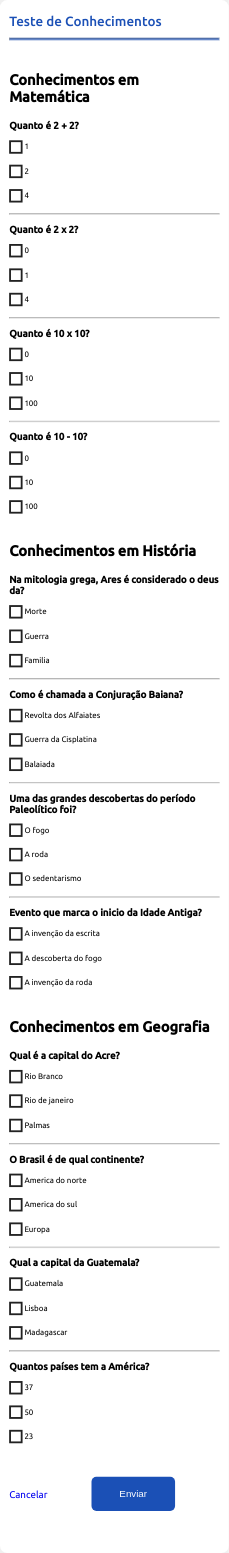
Repository: Delei09/desafioPerguntas
Page: / (app in frontend/)
These files come from the project's save history. The page is drawn as it stood at one moment and after the next save; the edit follows.
The browser window is 375 px wide. The pictures show the whole page, at 61% of full size.
The project was rebuilt for these pictures with package versions that can differ from the ones it lists, and the page was loaded fresh each time. A package was used in the major version that the imports need, not the one package.json lists. Also part of the build but not shown: frontend/src/styles/resultado.scss, frontend/src/page/Resultado.tsx, frontend/src/styles/gabarito.scss, frontend/src/page/Gabarito.tsx.

Above is the page before, as saved 2021-08-19 16:06:57.

### frontend/public/index.html
<!DOCTYPE html>
<html lang="Pt-Br">
  <head>
    <meta charset="utf-8" />
    <meta name="viewport" content="width=device-width, initial-scale=1" />
    <meta name="theme-color" content="#000000" />
    <link rel="preconnect" href="https://fonts.googleapis.com">
    <link rel="preconnect" href="https://fonts.gstatic.com" crossorigin>
    <link href="https://fonts.googleapis.com/css2?family=Ubuntu:wght@400;500&display=swap" rel="stylesheet">

    <title>Desafio Inatel</title>
  </head>
  <body>
    <noscript>You need to enable JavaScript to run this app.</noscript>
    <div id="root"></div>
  </body>
</html>

### frontend/src/index.tsx
import React from 'react';
import ReactDOM from 'react-dom';
import App from './App';
import './styles/global.scss'

ReactDOM.render(
  <React.StrictMode>
    <App />
  </React.StrictMode>,
  document.getElementById('root')
);

### frontend/src/App.tsx
import Rotas from './Rotas';
import ContextPerguntas  from './contexto/PerguntasContext';
import {BrowserRouter } from 'react-router-dom'


const perguntasMatematica= [  {
  pergunta: 'Quanto é 2 + 2?',
  options: [
    "1",
    "2",
    "4",
  ],
  resposta: "4",
  id: 'p1',
},{
  pergunta: 'Quanto é 2 x 2?',
  options: [
    "0",
    "1",
    "4",
  ],
  resposta: "4",
  id: 'p2',
},{
  pergunta: 'Quanto é 10 x 10?',
  options: [
    "0",
    "10",
    "100",
  ],
  resposta: "100",
  id: 'p3',
},{
  pergunta: 'Quanto é 10 - 10?',
  options: [
    "0",
    "10",
    "100",
  ],
  resposta: "0",
  id: 'p4',
}]

const perguntasHistoria= [  {
  pergunta: 'Na mitologia grega, Ares é considerado o deus da?',
  options: [
    "Morte",
    "Guerra",
    "Familia",
  ],
  resposta: "Guerra",
  id: 'p1',
},{
  pergunta: 'Como é chamada a Conjuração Baiana?',
  options: [
    "Revolta dos Alfaiates",
    "Guerra da Cisplatina",
    "Balaiada",
  ],
  resposta: "Revolta dos Alfaiates",
  id: 'p2',
},{
  pergunta: 'Uma das grandes descobertas do período Paleolítico foi?',
  options: [
    "O fogo",
    "A roda",
    "O sedentarismo",
  ],
  resposta: "O fogo",
  id: 'p3',
},{
  pergunta: 'Evento que marca o inicio da Idade Antiga?',
  options: [
    "A invenção da escrita",
    "A descoberta do fogo",
    "A invenção da roda",
  ],
  resposta: "A invenção da escrita",
  id: 'p4',
}]


const perguntasGeografia= [  {
  pergunta: 'Qual é a capital do Acre?',
  options: [
    "Rio Branco",
    "Rio de janeiro",
    "Palmas",
  ],
  resposta: "Rio Branco",
  id: 'p1',
},{
  pergunta: 'O Brasil é de qual continente?',
  options: [
    "America do norte",
    "America do sul",
    "Europa",
  ],
  resposta: "America do sul",
  id: 'p2',
},{
  pergunta: 'Qual a capital da Guatemala?',
  options: [
    "Guatemala",
    "Lisboa",
    "Madagascar",
  ],
  resposta: "Guatemala",
  id: 'p3',
},{
  pergunta: 'Quantos países tem a América?',
  options: [
    "37",
    "50",
    "23",
  ],
  resposta: "37",
  id: 'p4',
}]

function App() {


  return (
    <div className="App">
      <BrowserRouter>
        <ContextPerguntas.Provider  value = { {perguntasMatematica, perguntasHistoria, perguntasGeografia } } >
            <Rotas />
      </ContextPerguntas.Provider>
      </BrowserRouter>

    </div>
  );
}

export default App;

### frontend/src/styles/global.scss
*{
 margin:0;
 padding:0;
 box-sizing: border-box;
 text-decoration: none;
}
body{
 font-family: 'Ubuntu', sans-serif;
 background: #F0F0F0;

}
.App{
 padding-left: 60px ;
 padding-top: 40px;
 background: #FFFFFF;
 max-width: 860px;
 height: 100%;
 min-height: 500px;
 border-radius: 12px;
 margin:60px auto;
}
label {
 display: inline-block;
 cursor: pointer;
 position: relative;
 padding-left: 25px;
 margin-right: 15px;
 font-size: 13px;
}

input[type=radio] {
 display: none;
}

label:before {
 content: "";
 display: inline-block;

 width: 16px;
 height: 16px;


 margin-right: 10px;
 position: absolute;
 left: 0;
 top: -3px;
 bottom: 1px;
 border:solid #222222 3px;

 background-color: white;
}

input[type=radio]:checked + label:before {
 content: "";
 background-image: url(../img//backgroundRadio.png);
 background-size: 18px;
 background-position: center;
 text-align: center;
 line-height: 18px;
}
@media screen and (max-width: 500px){
 .App{
  margin:0 auto;
  padding: 15px;
 }
}

### frontend/src/Rotas.tsx
import React from 'react';
import { useState } from 'react';
import Home from './page/Home';
import { Route, Switch  } from 'react-router-dom'
import Resultado from './page/Resultado';
import Gabarito from './page/Gabarito';
import ContextResposta from './contexto/RespostaContext';

type perguntaType =  {

    p1 : string,
    p2 : string,
    p3 : string,
    p4 : string

   }

const Rotas = () => {

 const [respMat, setRespMat] = useState<perguntaType>({} as perguntaType)
 const [respHis, setRespHis] = useState<perguntaType>({} as perguntaType)
 const [respGeo, setRespGeo] = useState<perguntaType>({} as perguntaType)
 return(

    <Switch>
        <ContextResposta.Provider value = {{ respMat , respHis , respGeo }} >
            <Route exact  path = '/'>
                <Home setMat = {setRespMat} setHis = {setRespHis}  setGeo = {setRespGeo} />
            </Route>
            <Route  path = '/resultado'>
                <Resultado />
            </Route>
            <Route  path = '/gabarito'>
                <Gabarito />
            </Route>
      </ContextResposta.Provider>
  </Switch>

 )
} ;

export default Rotas;

### frontend/src/contexto/PerguntasContext.ts
import { createContext} from 'react'

type perguntaType =  {
 pergunta: string;
 options: string[];
 resposta: string;
 id: string;
}[]

type contextType = {
 perguntasHistoria : perguntaType,
 perguntasMatematica : perguntaType,
 perguntasGeografia : perguntaType,
}
const ContextPerguntas   = createContext<contextType>( {} as contextType)
export default ContextPerguntas

### frontend/src/page/Home.tsx
import React , {useContext , useState}from 'react';
import Header from '../components/Header'
import ContainerMain  from '../components/ContainerMain';
import ContextPerguntas from '../contexto/PerguntasContext';
import {Link, useHistory} from 'react-router-dom'
import '../styles/home.scss'

const Home = (props : any) => {


type respostaType = {
   p1 : string ,
   p2 : string ,
   p3 : string ,
   p4 : string ,
}

const inicialResposta= {
   p1 : '' ,
   p2 : '' ,
   p3 : '' ,
   p4 : '' ,
}
   const [respostaMatematica , setRespostaMatematica] =  useState<respostaType>(inicialResposta)
   const [respostaHistoria , setRespostaHistoria] =  useState<respostaType>(inicialResposta)
   const [respostaGeografia , setRespostaGeografia] =  useState<respostaType>(inicialResposta)
   const {perguntasMatematica, perguntasHistoria, perguntasGeografia}  = useContext(ContextPerguntas)
   const [erro, setErro] = useState<string>('')
   let history = useHistory()

   function estado(e : any){

      e.preventDefault()
      if(respostaGeografia.p1 === '' || respostaGeografia.p2 === '' || respostaGeografia.p3 === '' || respostaGeografia.p4 === '' ||
      respostaHistoria.p1 === '' || respostaHistoria.p2 === '' || respostaHistoria.p3 === '' || respostaHistoria.p4 === '' ||
      respostaMatematica.p1 === '' || respostaMatematica.p2 === '' || respostaMatematica.p3 === '' || respostaMatematica.p4 === ''){
         setErro('Preencha todas as respostas')

      }else{
         setErro('')
         props.setMat(respostaMatematica)
         props.setHis(respostaHistoria)
         props.setGeo(respostaGeografia)
         history.push('/resultado')

      }

   }

   function limpar(){
      document.location.reload(true);
   }
 return(
<>
   <Header titulo = 'Teste de Conhecimentos' />

   <ContainerMain titulo = 'Conhecimentos em Matemática'>
      {perguntasMatematica.map( (questao,i ) => {
      return(
         <div key={questao.id}>
         <h4>{questao.pergunta}</h4>
         <div className = 'mainOpcao'>
         {questao.options.map( (option, i) => {
            return(
               <div className = 'divInputLabel' key = {option}>
                    <input  type="radio" id = {questao.id+option} onChange = {(e: React.ChangeEvent<HTMLInputElement>)=> {
                     setRespostaMatematica({...respostaMatematica , [questao.id] : option  } )               } }
                  name={`mat${questao.id}`} value= {option} />
                    <label key = {i}  htmlFor= {questao.id+option}>  {option}  </label>

                </div>
            )
         })}
         </div>
         {i < 3 ? <hr/> : ''}
         </div>
      )
      })}
   </ContainerMain>
   <ContainerMain titulo = 'Conhecimentos em História'>

{perguntasHistoria.map((questao, i) => {
      return(
         <div key={questao.id}>
         <h4>{questao.pergunta}</h4>
         <div className = 'mainOpcao'>
         {questao.options.map( (option, i) => {
            return(
               <div className = 'divInputLabel' key = {option}>
               <input  type="radio" id = {questao.id+option} onChange = {(e: React.ChangeEvent<HTMLInputElement>)=> {
                setRespostaHistoria({...respostaHistoria , [questao.id] : option  } )               } }
             name={`his${questao.id}`} value= {option} />
               <label key = {i}  htmlFor= {questao.id+option}>  {option}  </label>

               </div>
            )
         })}
         </div>
         {i < 3 ? <hr/> : ''}
         </div>
      )
      })}
   </ContainerMain>
   <ContainerMain titulo = 'Conhecimentos em Geografia'>

{perguntasGeografia.map((questao, i) => {
      return(
         <div key={questao.id}>
         <h4>{questao.pergunta}</h4>
         <div className = 'mainOpcao'>
         {questao.options.map( (option, i) => {
            return(
               <div className = 'divInputLabel' key = {option}>
               <input  type="radio" id = {questao.id+option} onChange = {(e: React.ChangeEvent<HTMLInputElement>)=> {
                setRespostaGeografia({...respostaGeografia , [questao.id] : option  } )               } }
             name={`geo${questao.id}`} value= {option} />
               <label key = {i}  htmlFor= {questao.id+option}>  {option}  </label>

               </div>
            )
         })}
         </div>
         {i < 3 ? <hr/> : ''}
         </div>
      )
      })}
   </ContainerMain>
   <h4 className = 'erro'>{erro}</h4>
   <div className = 'divButton'>
      <Link to = '/#' onClick = {limpar} >Cancelar</Link>
      <button onClick = {e => estado(e)}>Enviar</button>
   </div>
   </>
 )
}

export default Home

### frontend/src/contexto/RespostaContext.ts
import { createContext} from 'react'

type perguntaType =  {

 p1 : string,
 p2 : string,
 p3 : string,
 p4 : string,
 prop? : string

}

type contextType = {
 respHis : perguntaType,
 respMat : perguntaType,
 respGeo : perguntaType,
}
const ContextResposta   = createContext<contextType>( {} as contextType)
export default ContextResposta

### frontend/src/components/Header.tsx
import React from 'react';
import '../styles/header.scss'


type headerType = {
 titulo: string;
}


const Header = (props : headerType) => {

 return(
  <header className="headerApp">
   {props.titulo}
   <hr className="headerLinha"/>
  </header>
 )
} ;

export default Header

### frontend/src/components/ContainerMain.tsx
import React from 'react';
import '../styles/containerMain.scss'

type mainType = {
 titulo : string
}


const Main: React.FC<mainType> = ({...props}) => {

 return(
  <section>
       <h2>{props.titulo}</h2>
       <div>
          {props.children}
       </div>

  </section>
 )
} ;

export  default Main;

### frontend/src/styles/home.scss
.divButton{
 display : flex;
 align-items: center;
 justify-content: flex-end;
 margin-right:73px;
 margin-top: 59px;
 padding-bottom: 54px;
 gap: 72px;

  button{
   height: 56px;
   width: 235px;
   border-radius: 8px;
   background: #1B50B6;
   color : white;
   font-size: 16px;
   font-style: normal;
   font-weight: 500;
   line-height: 18px;
   border : none ;

  }
}
.erro{
  color: red;
  margin-top: 15px;
}

### frontend/src/styles/header.scss
.headerApp{
 color: #1B50B6;
 font-size: 32px;
 font-style: normal;
 font-weight: 500;
 line-height: 37px;
 letter-spacing: 0em;
 text-align: left;
 width:100%;
 max-width: 618px;

 hr{
  margin-top:10px ;
  background: #1B50B6;
  height: 4px;
  max-width: 618px;
 }
}

@media screen and (max-width: 500px) {
 .headerApp{
  font-size: 22px;
 }
}

### frontend/src/styles/containerMain.scss
section{
 display : flex;
 flex-direction: column;
 gap : 24px;

  >div{
   display : flex;
   flex-direction: column;
   gap : 15px;
   h4{
    margin-bottom: 15px;
   }
  }

 hr{
  background: #C4C4C4;
  height: 1px;
  max-width: 616px;
  margin-top: 22px;
 }
 h2{
  margin-top:51px
 }

}

.mainOpcao{
 display : flex;
 flex-direction: column;
 gap : 22px;
 input{
  margin-right: 5px;
 }
}

After the next save:
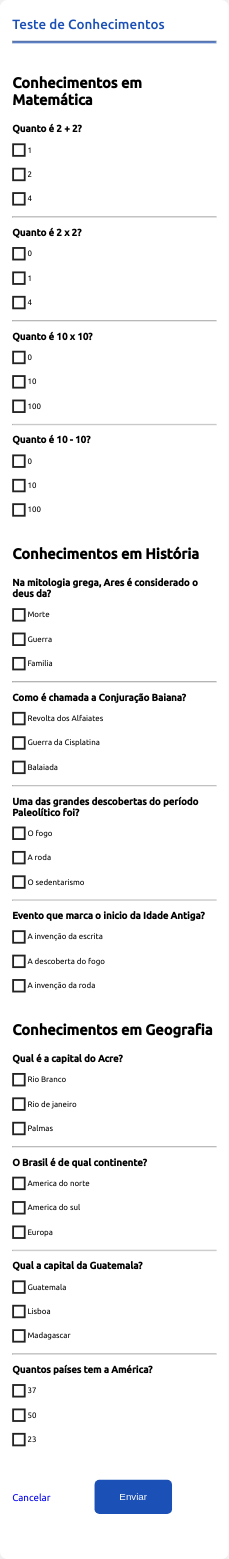
Saved 6 s later.
--- a/frontend/src/styles/global.scss
+++ b/frontend/src/styles/global.scss
@@ -61,6 +61,6 @@ input[type=radio]:checked + label:before {
 @media screen and (max-width: 500px){
  .App{
   margin:0 auto;
-  padding: 15px;
+  padding: 20px;
  }
 }
